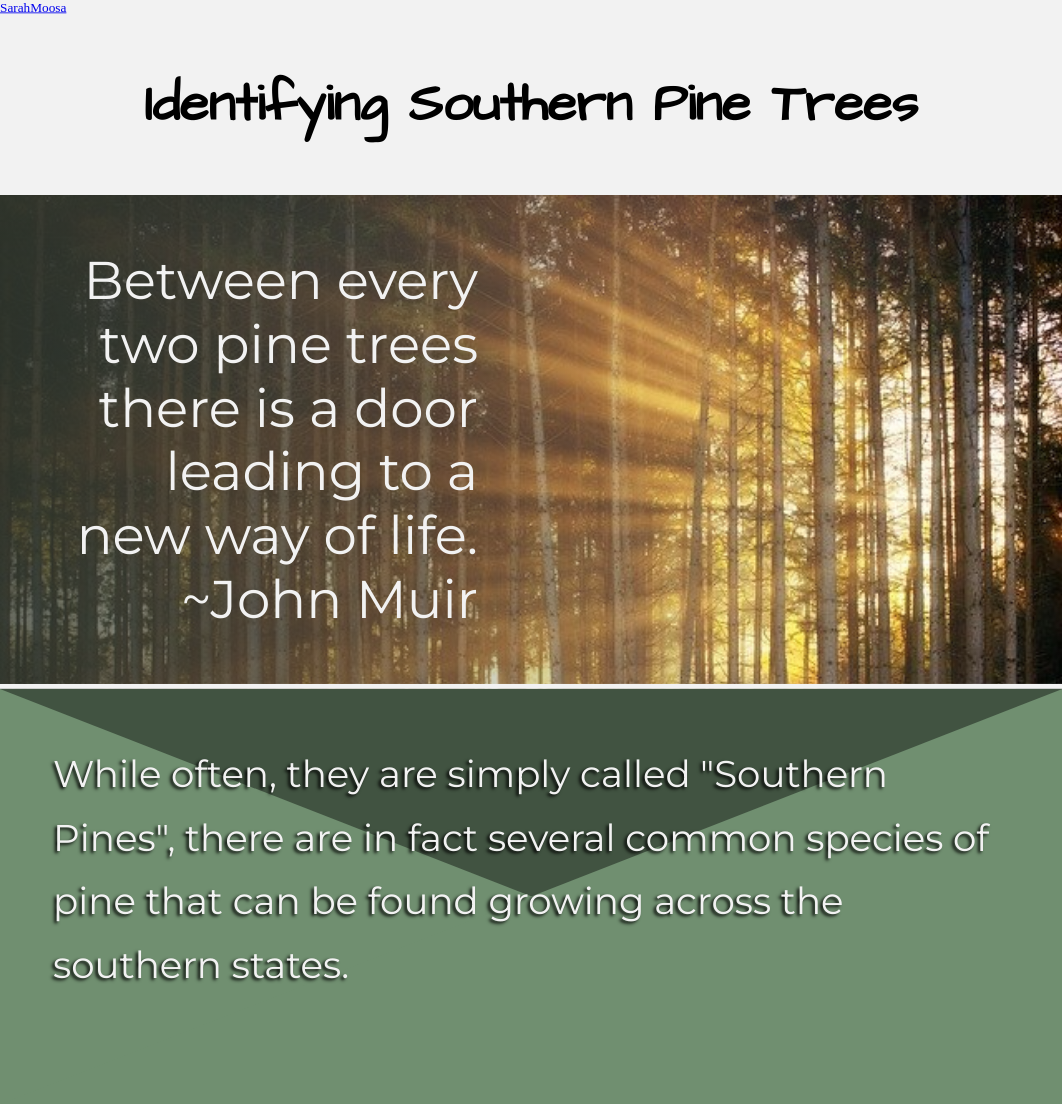
Repository: Sbethm/louisianaPineTrees
Page: pine_main.html
An editor plug-in stored every save of this project. The page is shown before and after a run of saves, followed by the edit.
The browser window is 1280 px wide. The pictures show the whole page, at 83% of full size.
The style sheet was rebuilt from its Sass, Less or Tailwind sources for each picture, by a compiler version that may differ from the author's.

Above is the page before, as saved 2021-09-23 14:26:57.

### pine_main.html
<!DOCTYPE html>
<html lang="en">
<head>
    <meta charset="UTF-8">
    <meta http-equiv="X-UA-Compatible" content="IE=edge">
    <meta name="viewport" content="width=device-width, initial-scale=1.0">
    <link rel="preconnect" href="https://fonts.googleapis.com">
    <link rel="preconnect" href="https://fonts.gstatic.com" crossorigin>
    <link href="https://fonts.googleapis.com/css2?family=Architects+Daughter&family=Montserrat:ital,wght@0,400;0,500;0,700;1,400;1,500;1,700&display=swap" rel="stylesheet">
    <!--
        headerFont: 'Architects Daughter', cursive;
        mainFont: 'Montserrat', sans-serif;
    -->
    <link rel="stylesheet" href="./CSS/main.css">
    <title>Louisiana Pine Trees</title>
</head>
<body>
    <header>
        <a href="#" class="logo">
            SarahMoosa
        </a>
    </header>
    <main>
        <h1>Identifying Southern Pine Trees</h1>
        <div class="intro-container container">
            <div class="background-grad">
                <p class="float-right quote">Between every two pine trees there is a door leading to a new way of life. ~John Muir</p>
            </div>
        </div>
        <div class="container triangle-bg">
            <div class="triangle-left"></div>
            <div class="triangle-right"></div>
            <p class="call-to-action">While often, they are simply called "Southern Pines", there are in fact several common species of pine that can be found growing across the southern states.
            </p>
        </div>
        <div class="border"></div>
        <div class="questions-container container">
        </div>
        <!-- <div class="results-btn btn">
                <button>Reveal Your Tree!</button>
        </div>
        <div class="results"></div> -->

    </main>
    <script src="apps.js"></script>
</body>

### apps.js
const questCont = document.querySelector('.questions-container');

questCont.innerHTML =
    `<section class="question-wrapper">
    <div class="question"></div>
    </section>
    `;

const questions = {
    1: {
        quest: "How many needles are in the bundle?",
        an: {
            a: "1",
            b: "2"
        }
    },
    2: {
        quest: "How many needles are in the bundle?",
        an: {
            a: "1",
            b: "2"
        }
    },
    3: {
        quest: "How many needles are in the bundle?",
        an: {
            a: "1",
            b: "2"
        }
    },
    4: {
        quest: "How many needles are in the bundle?",
        an: {
            a: "1",
            b: "2"
        }
    },
    5: {
        quest: "How many needles are in the bundle?",
        an: {
            a: "1",
            b: "2"
        }
    }
};

document.addEventListener('load', () => {

})

### src/scss/main.scss
@import "./variables";


//GLOBAL STYLES
*, *::before, *::after {
    box-sizing: border-box;
}

body {
    margin: 0;
    background-color: $mainColorLi;
}

h1,
h2 {
    font-family: $headerFont;
    padding: clamp(0.5em, 5%, 1.5em);
}

h1{
    font-size: clamp(2rem, 5vw ,5rem);
    margin: 0 auto;
    text-align: center;
}

p {
    margin: 0;
    font-family: $mainFont;
    font-size: clamp(1rem, 3.5vw, 4rem);
    line-height: clamp(1.8rem, 6vw, 4.8rem);
    color: $mainColorLi;
    padding: clamp(0.5em, 5%, 1.5em);
}

.container {
    background-color: $mainColorDr;
}

.background-grad {
    background: linear-gradient(90deg, rgba(57,64,53,0.7721463585434174) 0%, rgba(242,242,242,0.19791666666666663) 66%, rgba(242,242,242,0) 100%);
}

.intro-container {
    background-image: url(../img/forest-pine.jpg);
    background-repeat: no-repeat;
    background-size: cover;
    border-bottom: 6px solid $mainColorLi;
}

.quote {
    width: 50%;
    text-align: right;
    font-size: clamp(1.8rem, 5vw, 4rem);
    line-height: clamp(2.5rem, 6vw, 5rem);
}

.call-to-action {
    z-index: 2;
}

.triangle-bg {
    display: grid;
    grid-template-columns: 100%;
    grid-template-rows: 100%;
    align-content: center;

    & p {
        grid-row: 1 / 1;
        grid-column: 1 / 1;
        text-shadow: -3px 3px 4px #020202;
    }

    & .triangle-left{
        grid-row: 1 / 1;
        grid-column: 1 / 1;
        border-style: solid;
        border-width: 500px 0 0 100vw;
        border-color: transparent transparent transparent $acColorLi;
    }

    & .triangle-right {
        height: 100%;
        grid-row: 1 / 1;
        grid-column: 1 / 1;
        border-style: solid;
        border-width:  0 0 500px 100vw;
        border-color: transparent transparent $acColorLi transparent;
    }

    // &::before {
    //     content: "";
    //     position: relative;
    //     top: 300px;
    //     width: 100%;
    //     height: 0;
    //     border-style: solid;
    //     border-width: 300px 0 0 100vw;
    //     border-color: transparent transparent transparent #007bff;
    // }
}

//This code was used to cause grid items to over lap. It worked very well, but I think it is unnecessary and bulkier code than I need for the result that I want.
// .intro-container {
//     display: grid;
//     grid-template-columns: 50% 50%;
//     grid-auto-rows: 100%;

//     & img {
//         grid-column: 1/3;
//         grid-row: 1;
//         display: inline;
//         max-width: 100%;
//         z-index: 1;
//     }

//     & .quote {
//         grid-column: 2/3;
//         grid-row: 1;
//         align-self: center;
//         z-index: 9;
//     }
// }

### src/scss/_variables.scss
//COLORS
$mainColorDr: hsl(120, 12%, 29%);
$mainColorLi: hsl(0, 0%, 95%);
$acColorLi: hsl(120, 12%, 50%);
$acColorDr: hsl(0, 0%, 5%);

//FONTS
$headerFont: 'Architects Daughter', cursive;
$mainFont: 'Montserrat', sans-serif;

After the next 3 saves:
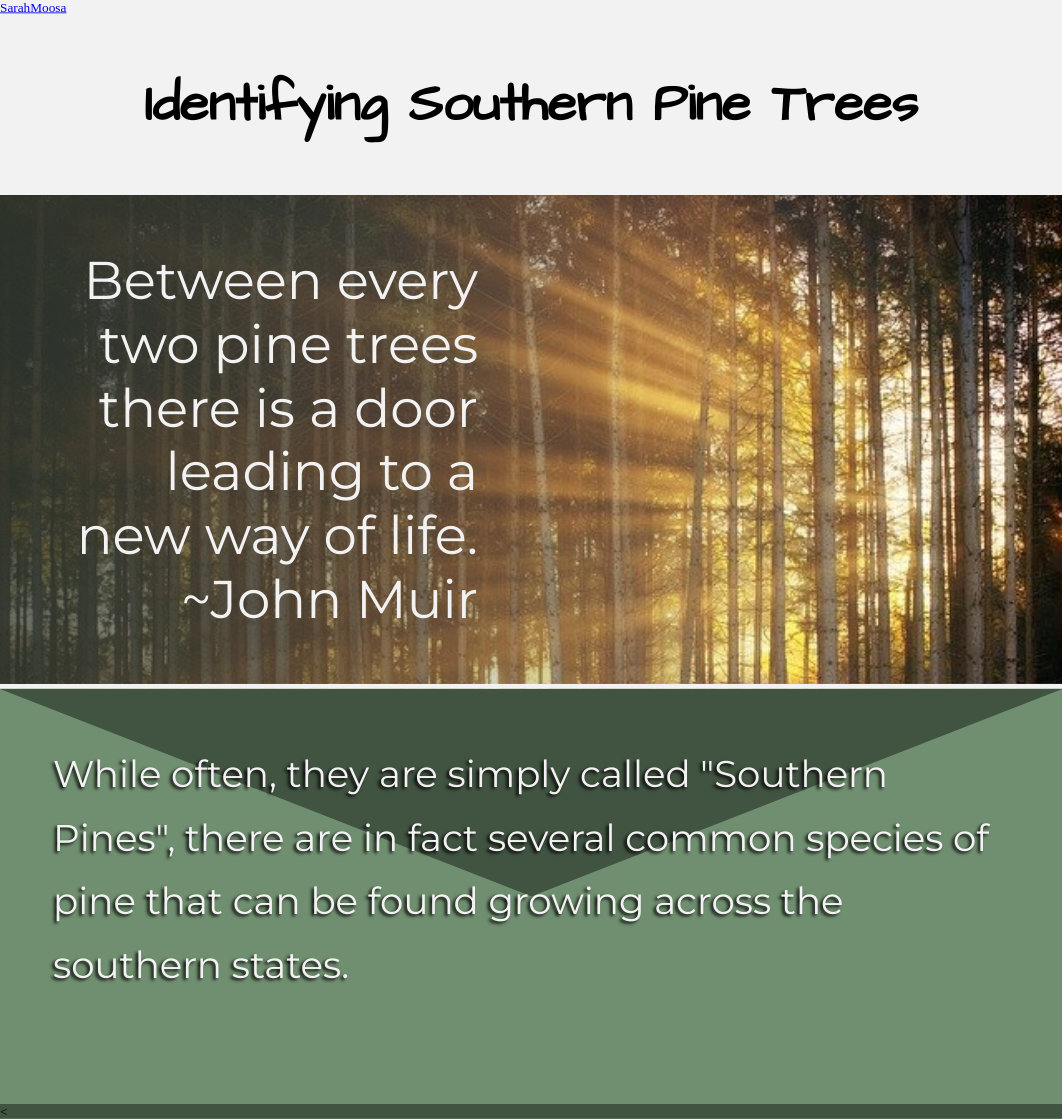
The 3 saves are shown as one change because they came seconds apart.
The last was saved 25 s later.
--- a/apps.js
+++ b/apps.js
@@ -2,7 +2,8 @@
 
 questCont.innerHTML =
     `<section class="question-wrapper">
-    <div class="question"></div>
+        <div class="question"></div>
+        <
     </section>
     `;
 

After the save that followed:
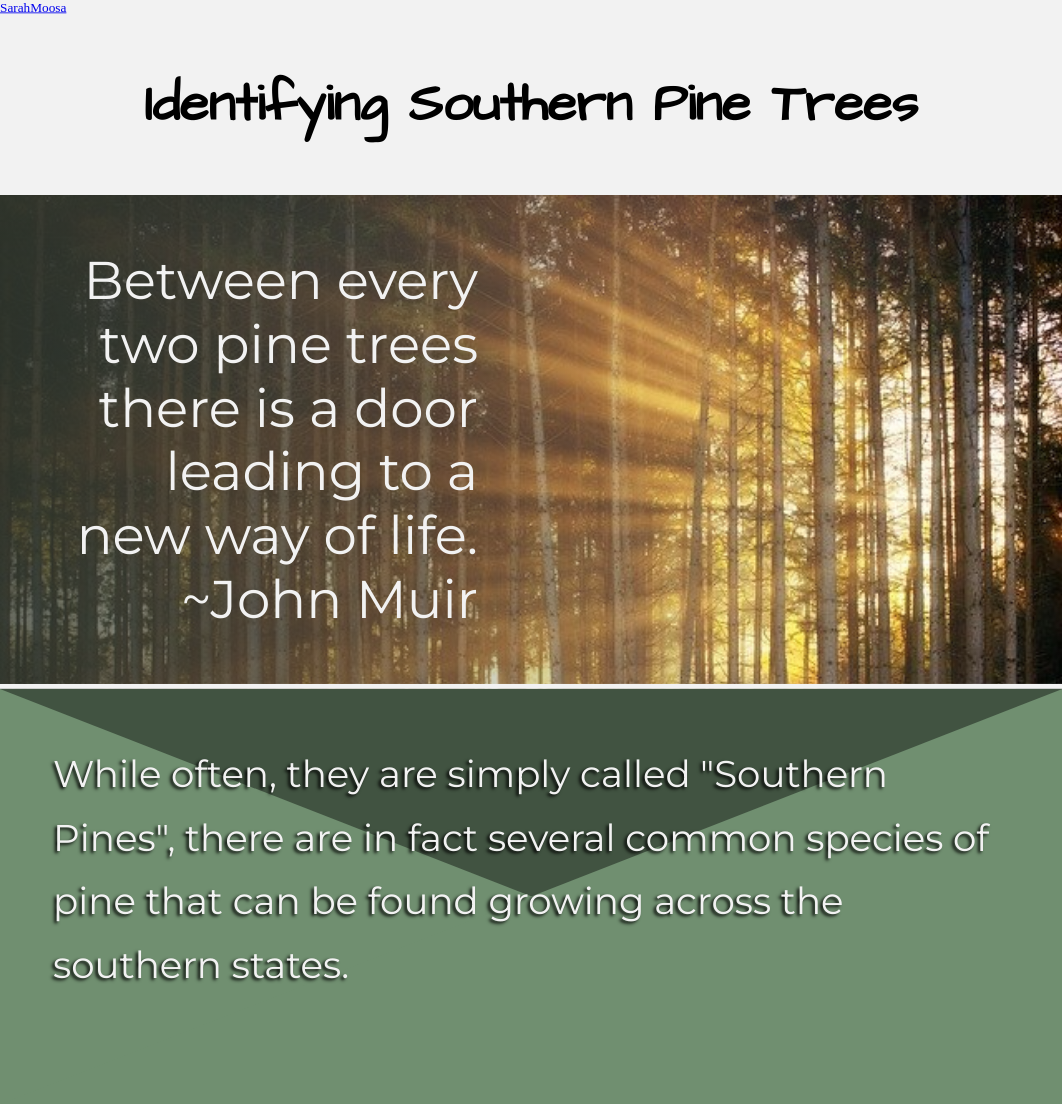
Saved 5 s later.
--- a/apps.js
+++ b/apps.js
@@ -3,7 +3,7 @@
 questCont.innerHTML =
     `<section class="question-wrapper">
         <div class="question"></div>
-        <
+        <div
     </section>
     `;
 
